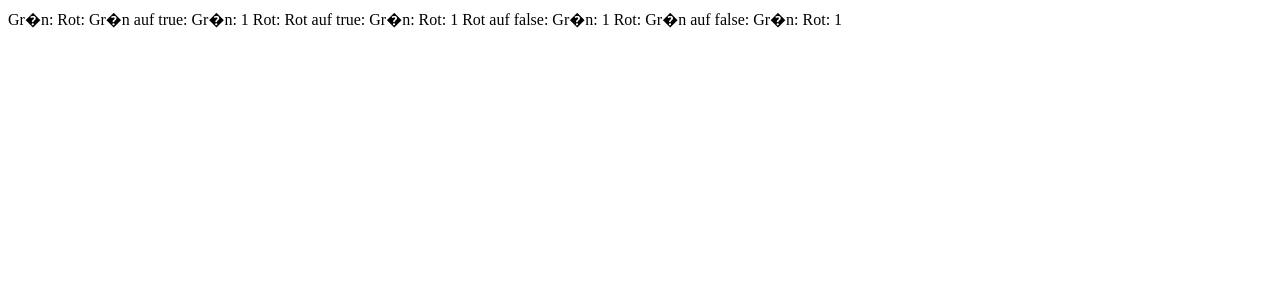
Repository: dklinger/Studium
Page: http://localhost/20140526_Skript3_Aufgabe28.php
The author's editor kept a copy of each file at every save. The page is drawn from the files as they stood at one save, then again after the next save.
The browser window is 1280 px wide. The pictures show the whole page.
The page is run by PHP 8.4 with error messages shown; the project is at /var/www/html/.

Above is the page before, as saved 2014-05-26 18:34:48.

### SS2014/Skriptsprachenorientierte Programmiertechnik/Uebungen/20140526_Skript3_Aufgabe28.php
<?php

$ampel1 = new Ampel();
$ampel1->druckeZustand();

print "Grün auf true: \r\n";
$ampel1->schalteGruen(true);
$ampel1->druckeZustand();

print "Rot auf true: \r\n";
$ampel1->schalteRot(true);
$ampel1->druckeZustand();

print "Rot auf false: \r\n";
$ampel1->schalteRot(false);
$ampel1->druckeZustand();

print "Grün auf false: \r\n";
$ampel1->schalteGruen(false);
$ampel1->druckeZustand();

class Ampel {
	var $roteLampe;
	var $grueneLampe;

	// Add $num articles of $artnr to the cart

	function Ampel()
	{
		$this->roteLampe = false;
		$this->grueneLampe = false;
	}

	function schalteRot($wert)
	{
		$this->roteLampe = $wert;
		$this->grueneLampe = !$wert;
	}

	function schalteGruen($wert)
	{
		$this->grueneLampe = $wert;
		$this->roteLampe = !$wert;
	}

	function druckeZustand()
	{
		print "Grün: ". $this->grueneLampe ."\r\n";
		print "Rot: ". $this->roteLampe ."\r\n";
	}
}



?>

After the next save:
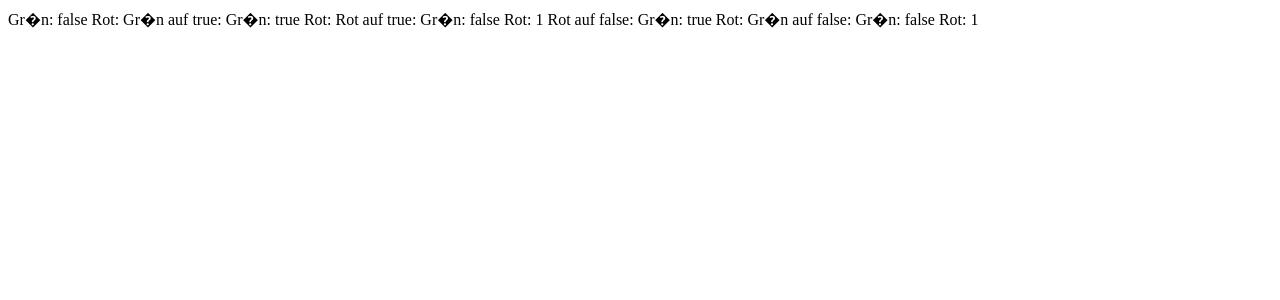
Saved 60 s later.
--- a/SS2014/Skriptsprachenorientierte Programmiertechnik/Uebungen/20140526_Skript3_Aufgabe28.php
+++ b/SS2014/Skriptsprachenorientierte Programmiertechnik/Uebungen/20140526_Skript3_Aufgabe28.php
@@ -45,7 +45,7 @@ class Ampel {
 
 	function druckeZustand()
 	{
-		print "Grün: ". $this->grueneLampe ."\r\n";
+		print "Grün: ". ($this->grueneLampe ? "true" : "false") ."\r\n";
 		print "Rot: ". $this->roteLampe ."\r\n";
 	}
 }
